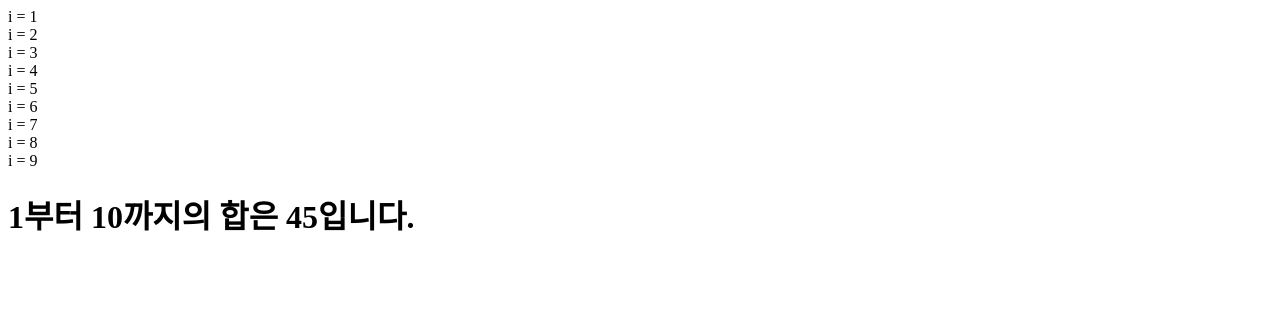
Repository: ssummini/Web
Page: JavaScript/src/main/webapp/javascript/exam08.html
These files come from the project's save history. The page is drawn as it stood at one moment and after the next save; the edit follows.
The browser window is 1280 px wide. The pictures show the whole page.

Above is the page before, as saved 2024-08-19 05:42:11.

### JavaScript/src/main/webapp/javascript/exam08.html
<!DOCTYPE html>
<html>
<head>
<meta charset="UTF-8">
<title>Insert title here</title>
</head>
<body>
<script type="text/javascript">
//반복문
let sum = 0;
for(let i=1; i<10; i++){
	document.write("i = " + i + "<br>");
	sum += i;
}//for

document.write("<h1>1부터 10까지의 합은 " + sum + "입니다.</h1>");
</script>
</body>
</html>

After the next save:
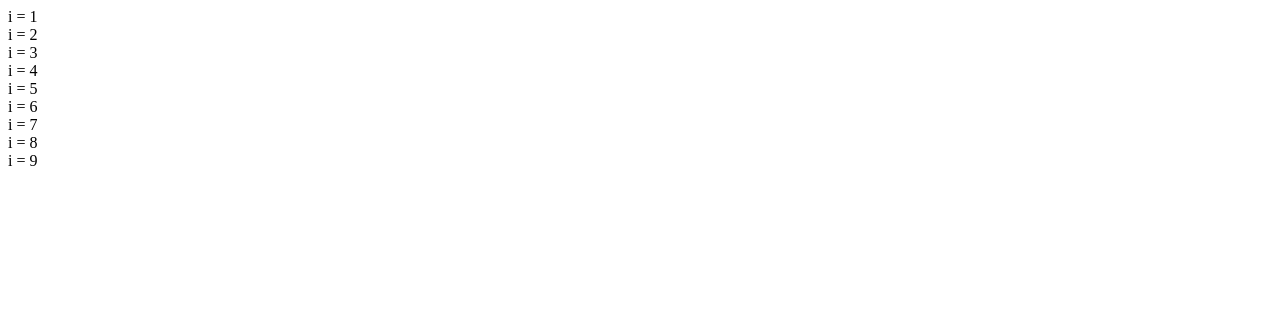
Console error: ReferenceError: i is not defined
Saved 107 s later.
--- a/JavaScript/src/main/webapp/javascript/exam08.html
+++ b/JavaScript/src/main/webapp/javascript/exam08.html
@@ -13,6 +13,7 @@
 	sum += i;
 }//for
 
+document.write("<h3>탈출 i = " + i + "</h3>")
 document.write("<h1>1부터 10까지의 합은 " + sum + "입니다.</h1>");
 </script>
 </body>

After the 3 saves that followed:
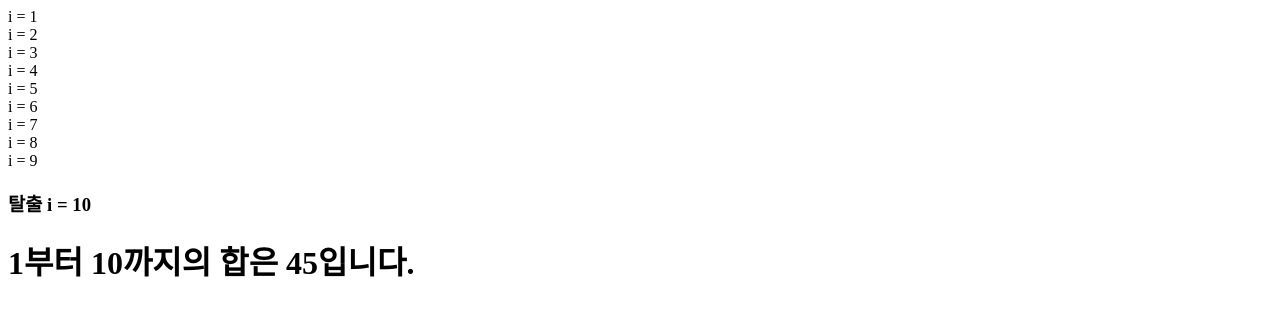
The error is gone.
The 3 saves are shown as one change because 2 left the picture as it was.
The last was saved 105 s later.
--- a/JavaScript/src/main/webapp/javascript/exam08.html
+++ b/JavaScript/src/main/webapp/javascript/exam08.html
@@ -8,12 +8,12 @@
 <script type="text/javascript">
 //반복문
 let sum = 0;
-for(let i=1; i<10; i++){
+for(var i=1; i<10; i++){
 	document.write("i = " + i + "<br>");
 	sum += i;
 }//for
 
-document.write("<h3>탈출 i = " + i + "</h3>")
+document.write("<h3>탈출 i = " + i + "</h3>");
 document.write("<h1>1부터 10까지의 합은 " + sum + "입니다.</h1>");
 </script>
 </body>
